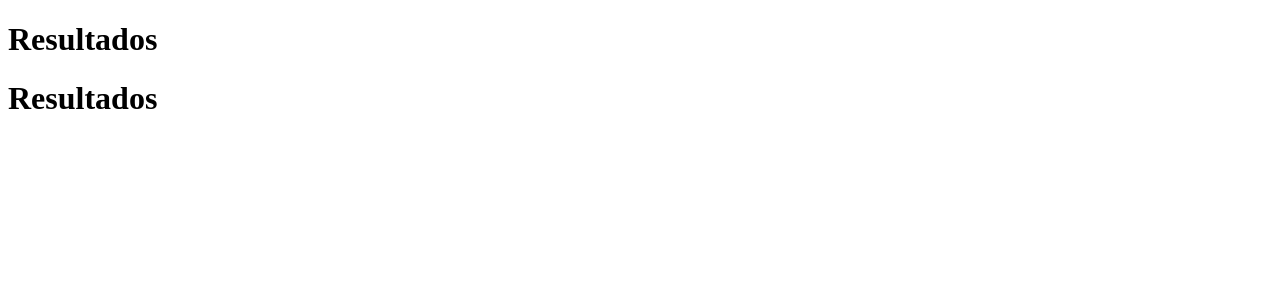
Repository: aldar1/Examen-Final-INF319
Page: http://localhost/test1/resultado.jsp
These files come from the project's save history. The page is drawn as it stood at one moment and after the next save; the edit follows.
The browser window is 1280 px wide. The pictures show the whole page.
The page is served by Tomcat 9.

Above is the page before, as saved 2021-12-15 09:19:13.

### Java/test1/src/main/webapp/resultado.jsp
<%@ page language="java" contentType="text/html; charset=ISO-8859-1"
    pageEncoding="ISO-8859-1"%>
<!DOCTYPE html>
<html>
<head>
<meta charset="ISO-8859-1">
<title>Resultado</title>
</head>
<%@ page import="java.util.*" %>

<%!

public interface Callable {
    public int suma(int a, int b);
    public int resta(int a, int b);
    public int multi(int a, int b);
    public int divi(int a, int b);
    public int[][] sumamat(int[][] a, int[][] b);
    public int[][] restamat(int[][] a, int[][] b);
    public int[][] multimat(int[][] a, int[][] b);
}

public class Calcu implements Callable {
    public int suma(int a, int b) {
    	return a+b;
    }
    public int resta(int a, int b) {
    	return a-b;
    }
    public int multi(int a, int b) {
    	return a*b;
    }
    public int divi(int a, int b) {
    	return a/b;
    }
    public int[][] sumamat(int[][] mat1, int[][] mat2)
    {
        int[][] res = new int[2][2];
        for (int i = 0; i < 2; i++)
        {
            for (int j = 0; j < 2; j++)
            {
                res[i][j] = mat1[i][j] + mat2[i][j];
            }
        }
        return res;
    }
    public int[][] restamat(int[][] mat1, int[][] mat2)
    {
        int[][] res = new int[2][2];
        for (int i = 0; i < 2; i++)
        {
            for (int j = 0; j < 2; j++)
            {
                res[i][j] = mat1[i][j] - mat2[i][j];
            }
        }
        return res;
    }

    public int[][] multimat(int[][] mat1, int[][] mat2)
    {
        int[][] res = new int[2][2];
        int n = 2;
        for (int i = 0; i < n; i++)
        {
            for (int j = 0; j < n; j++)
            {
                res[i][j] = 0;
                for (int k = 0; k < n; k++)
                {
                    res[i][j] += mat1[i][k] * mat2[k][j];
                }
            }
        }
        return res;
    }
}

public static int invoke(Callable callable, int a, int b, String op){
	if (op.equals("suma")) return callable.suma(a,b);
	else if (op.equals("resta")) return callable.resta(a,b);
	else if (op.equals("multi")) return callable.multi(a,b);
	return callable.divi(a,b);
}

public static int[][] mat(Callable callable, int[][] a, int[][] b, String op){
	if (op.equals("suma")) return callable.sumamat(a,b);
	else if (op.equals("resta")) return callable.restamat(a,b);
	return callable.multimat(a,b);
}
%>
<body>
<h1>Resultados</h1>
</body>
<%
if(request.getParameter("n_prim") != null){
	out.print("<h2>Primos</h2>");
	int lim,p1=1;
	lim = Integer.parseInt(request.getParameter("n_prim"));
	while(lim!=0){
		int p2 = 0;
		for(int i=1;i<=p1;i++){
			if(p1%i==0){
				p2++;
			}
		}
		if(p2==2){
			lim--;
			out.print(p1+", ");
		}
		p1++;
	}
}
%>
<body>
<h1>Resultados</h1>

<%
if(request.getParameter("n_fibo") != null){
	out.print("<h2>Fibonacci</h2>");
	int a, b, lim, aux;
    lim = Integer.parseInt(request.getParameter("n_fibo"));
    a = 0;
    b = 1;
    out.print("0, ");
    for (int i = 2; i <= lim; i++)
    {
        aux = a;
        a = b;
        b = aux + a;
        out.print(a + ", ");
        if (i % 10 == 0 && i != 0) out.print("<br>");
    }
}

//calculadora
else if(request.getParameter("a_calcu") != null && request.getParameter("b_calcu") != null && request.getParameter("op_calcu") != null){
	out.print("<h2>Calculadora</h2>");
	String op = request.getParameter("op_calcu");
	int a = Integer.parseInt(request.getParameter("a_calcu"));
    int b = Integer.parseInt(request.getParameter("b_calcu"));
    if(op.equals("suma") || op.equals("resta") || op.equals("multi") || op.equals("divi")){
    	out.print(op+"<br>");
    	Callable cmd = new Calcu();
        int res = invoke(cmd, a, b, op);
    	out.print(res);
    }
    else out.print("Operacion no reconocida");
}

//calculadora de matrices
else if(request.getParameter("mat100") != null && request.getParameter("mat101") != null && request.getParameter("mat110") != null &&
	request.getParameter("mat111") != null && request.getParameter("mat200") != null && request.getParameter("mat201") != null &&
	request.getParameter("mat210") != null && request.getParameter("mat211") != null && request.getParameter("op_matrices") != null){
	out.print("<h2>Calculadora de matrices</h2>");
	String op = request.getParameter("op_matrices");
	out.print(op+"<br>");
	int a = Integer.parseInt(request.getParameter("mat100"));
	int b = Integer.parseInt(request.getParameter("mat101"));
	int c = Integer.parseInt(request.getParameter("mat110"));
	int d = Integer.parseInt(request.getParameter("mat111"));
	int a1 = Integer.parseInt(request.getParameter("mat200"));
	int b1 = Integer.parseInt(request.getParameter("mat201"));
	int c1 = Integer.parseInt(request.getParameter("mat210"));
	int d1 = Integer.parseInt(request.getParameter("mat211"));

	int[][] m1 = {{a,b},{c,d}};
	int[][] m2 = {{a1,b1},{c1,d1}};
    if(op.equals("suma") || op.equals("resta") || op.equals("multi")){
    	Callable cmd = new Calcu();
        int[][] res = mat(cmd, m1, m2, op);
        for(int i=0; i<2; i++){
        	for(int j=0; j<2; j++){
        		out.print(res[i][j]+" ");
        	}
        	out.print("<br>");
        }
    }
    else out.print("Operacion no reconocida");
}

//criba
if(request.getParameter("n_criba") != null){
	out.print("<h2>Criba</h2>");
	int n = Integer.parseInt(request.getParameter("n_criba"));
    Boolean[] marcados = new Boolean[n + 1];
    for (int i = 2; i < marcados.length; i++){
    	marcados[i] = false;
    }

    for (int i = 2; i <= Math.sqrt(n); i++)
    {
        if (!marcados[i]){
        	for (int j = i * 2; j <= n; j += i) marcados[j] = true;
        }
    }

    for (int i = 2; i < marcados.length; i++){
    	if (marcados[i] == false)
        {
			out.print(i+", ");
			if (i % 10 == 0) out.print("<br>");
        }
    }
}
//separar lista
if(request.getParameter("lista") != null){
	out.print("<h2>Separar lista</h2>");
	String[] cad = request.getParameter("lista").trim().split(" ");
	int[] lista = new int[cad.length];
	String pares ="";
    String impares ="";
    int cop=0;
    int coi=0;

	for(int i=0; i<lista.length; i++){
		lista[i]=Integer.parseInt(cad[i]);
		if (lista[i] % 2 == 0) pares += lista[i] + ", ";
        else impares += lista[i] + ", ";
	}
	out.println("<h3>Pares</h3>");
	out.println(pares);
	out.println("<h3>Impares</h3>");
	out.println(impares);
}


%>
</body>
</html>

After the next save:
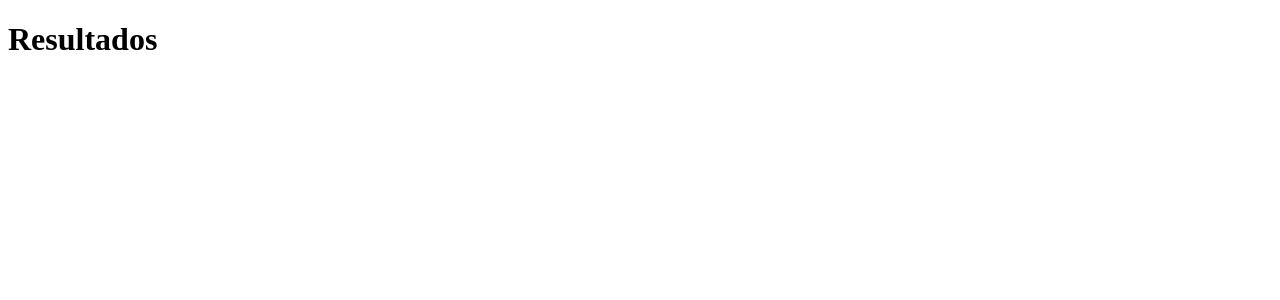
Saved 40 s later.
--- a/Java/test1/src/main/webapp/resultado.jsp
+++ b/Java/test1/src/main/webapp/resultado.jsp
@@ -90,9 +90,7 @@ public static int[][] mat(Callable callable, int[][] a, int[][] b, String op){
 	return callable.multimat(a,b);
 }
 %>
-<body>
-<h1>Resultados</h1>
-</body>
+
 <%
 if(request.getParameter("n_prim") != null){
 	out.print("<h2>Primos</h2>");
